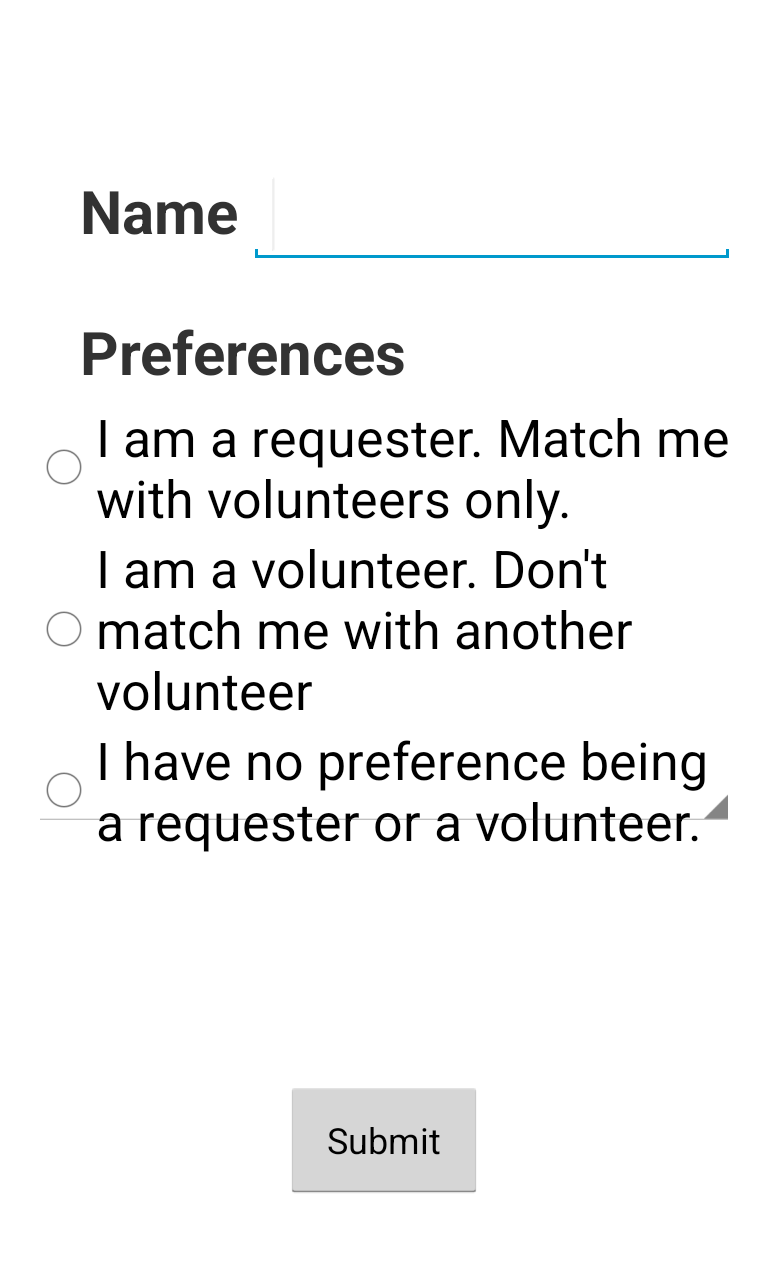
Repository: rwillmot/CS180-SafeWalk-Phase2
Layout: SafeWalkAndroidClient/res/layout/client_fragment_layout.xml
The author's editor kept a copy of each file at every save. The layout is drawn from the files as they stood at one save, then again after the next save.
It is drawn on a 768 x 1280 px phone screen (xhdpi) without system bars, with theme AppTheme; the app's code is not run.

Above is the layout before, as saved 2014-12-02 22:13:47.

After the next save:
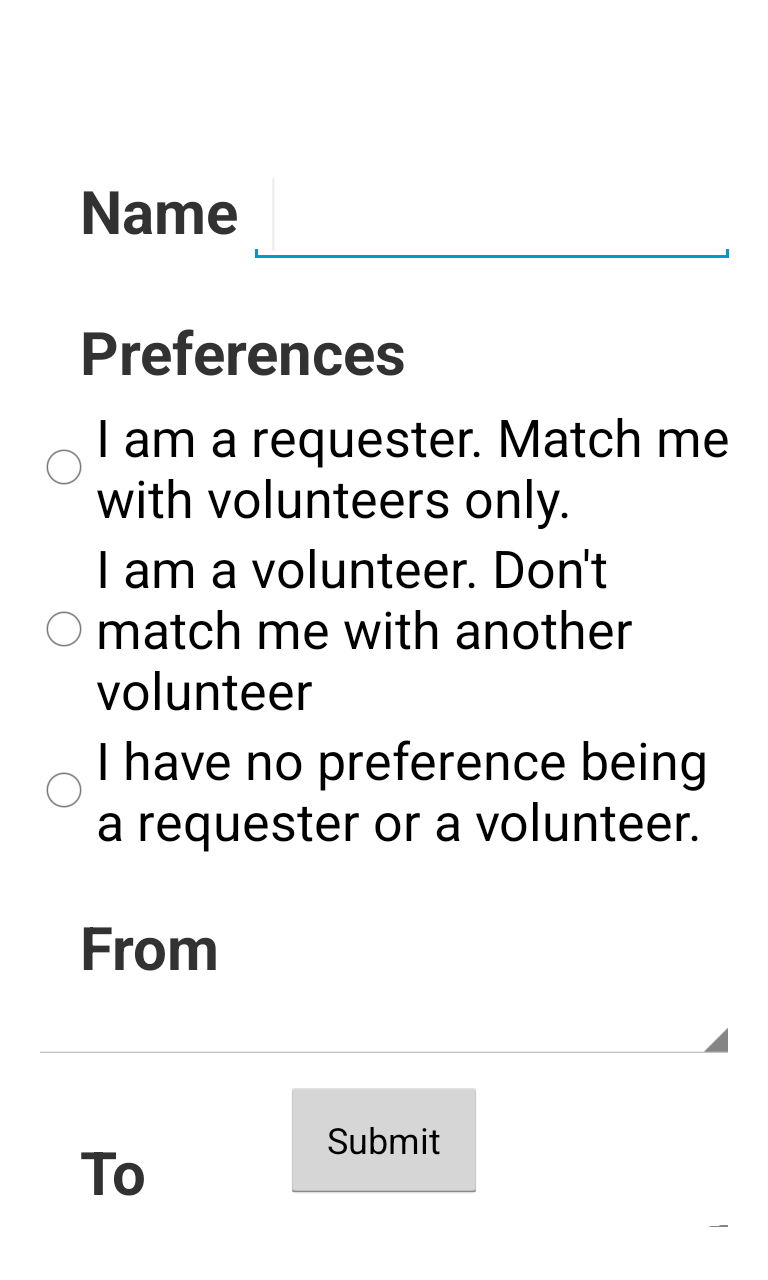
Saved 15 min 55 s later.
--- a/SafeWalkAndroidClient/res/layout/client_fragment_layout.xml
+++ b/SafeWalkAndroidClient/res/layout/client_fragment_layout.xml
@@ -99,6 +99,7 @@
         android:layout_width="wrap_content"
         android:layout_height="wrap_content"
         android:layout_below="@+id/et_name"
+        android:layout_alignLeft="@+id/radio_requester"
         android:layout_marginLeft="19dp"
         android:layout_marginTop="20dp"
         android:padding="@dimen/padding"
@@ -106,12 +107,43 @@
         android:textSize="30sp"
         android:textStyle="bold" />
 
+      <TextView
+        android:id="@+id/et_from"
+        android:layout_width="wrap_content"
+        android:layout_height="wrap_content"
+        android:layout_below="@+id/radioGroup1"
+
+        android:layout_marginLeft="19dp"
+        android:layout_marginTop="20dp"
+        android:padding="@dimen/padding"
+        android:text="From"
+        android:textSize="30sp"
+        android:textStyle="bold" />
+
+      <TextView
+        android:id="@+id/et_to"
+        android:layout_width="wrap_content"
+        android:layout_height="wrap_content"
+        android:layout_below="@+id/from_spinner"
+        android:layout_marginLeft="19dp"
+        android:layout_marginTop="20dp"
+        android:padding="@dimen/padding"
+        android:text="To"
+        android:textSize="30sp"
+        android:textStyle="bold" />
+
      <Spinner
-         android:id="@+id/planets_spinner"
+         android:id="@+id/from_spinner"
          android:layout_width="fill_parent"
          android:layout_height="wrap_content"
-         android:layout_above="@+id/bu_submit"
-         android:layout_alignParentRight="true"
-         android:layout_marginBottom="126dp" />
+         android:layout_below="@+id/et_from"
+         android:layout_marginBottom="10dp" />
+     <Spinner
+         android:id="@+id/to_spinner"
+         android:layout_width="fill_parent"
+         android:layout_height="wrap_content"
+         android:layout_below="@+id/et_to"
+
+         android:layout_marginBottom="10dp" />
 
 </RelativeLayout>
